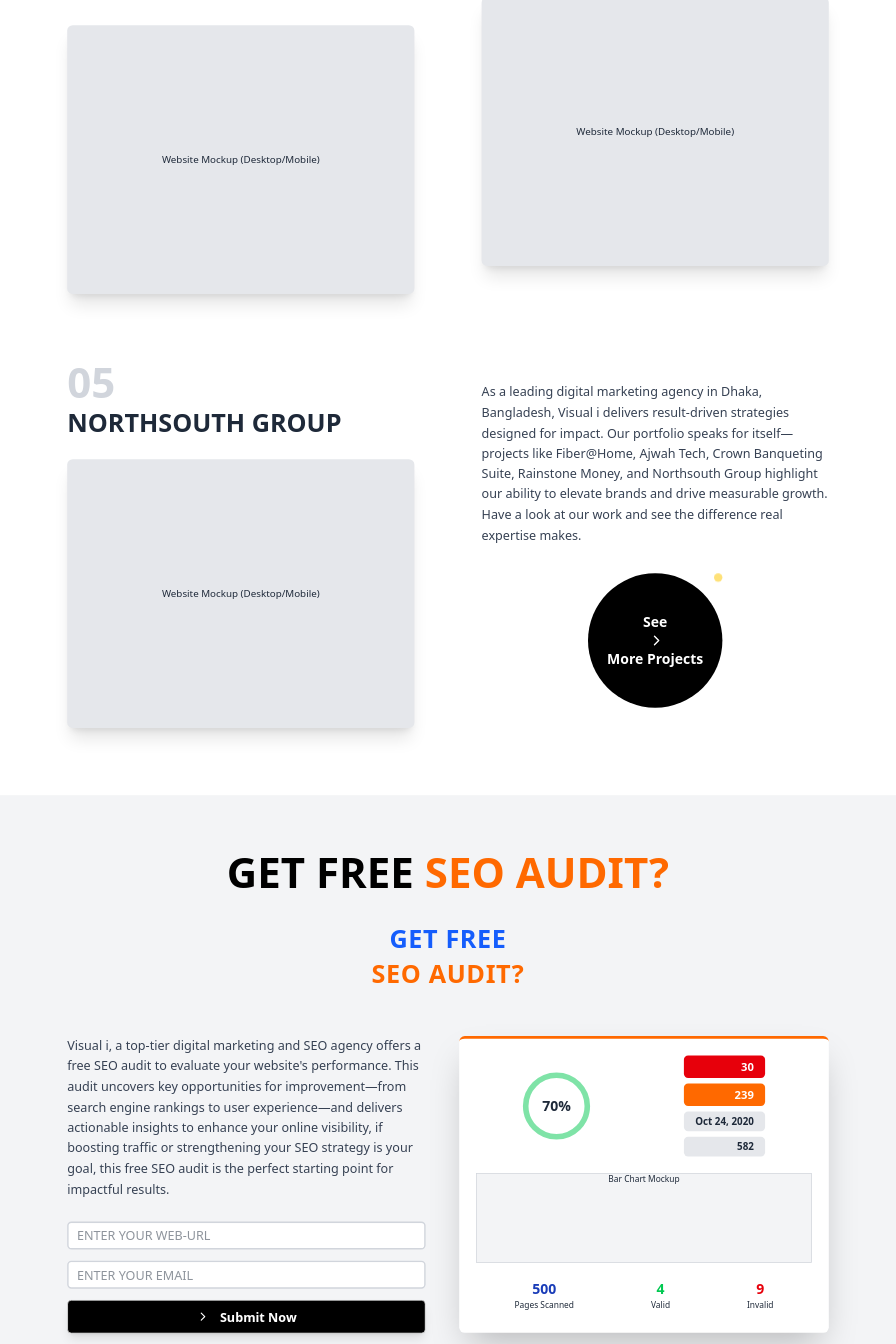
Repository: mdmuhibullahhabib/weboria
Page: /
An editor plug-in stored every save of this project. The page is shown before and after the next save, followed by the edit.
The browser window is 1280 px wide. The pictures show the part of the page from y = 4580 to 6500 px (the page is 9353 px tall before and 9404 px after), at 70% of full size.
The project was rebuilt for these pictures with package versions that can differ from the ones it lists, and the page was loaded fresh each time. Some packages were replaced by stand-ins written for this rebuild. The framework's server and built-in components were replaced by stand-ins that run in the browser. Also part of the build but not shown: next.config.mjs.

Above is the page before, as saved 2025-10-03 01:02:24.

After the next save:
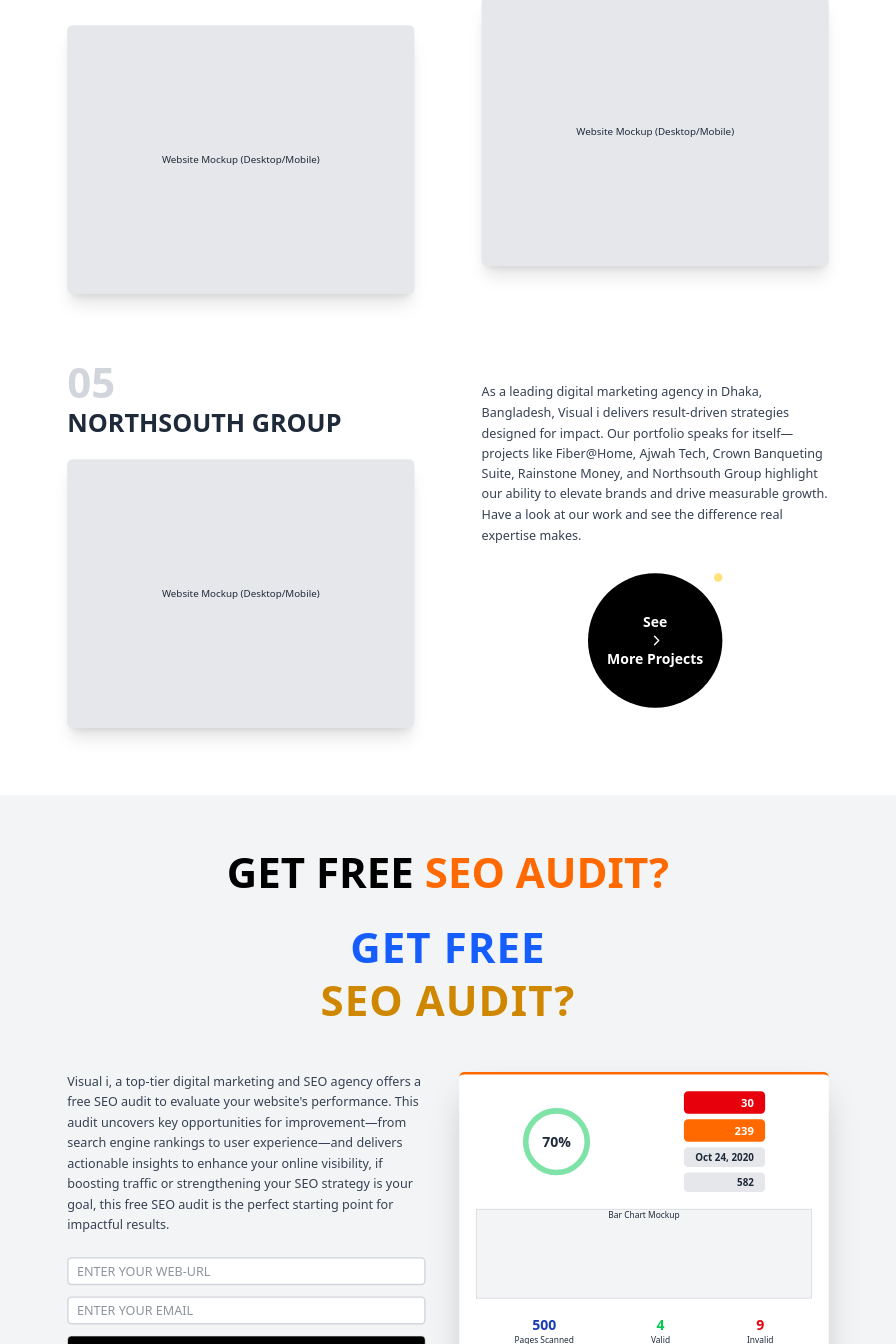
Saved 10 min 27 s later.
--- a/src/components/SectionTitle.jsx
+++ b/src/components/SectionTitle.jsx
@@ -1,12 +1,33 @@
 "use client";
 
+import React from 'react';
+
+/**
+ * Renders a large, two-line, centered section title component.
+ * It mimics the visual style from the agency website screenshots.
+ * @param {string} titleTop - The text for the top line (usually blue).
+ * @param {string} titleBottom - The text for the bottom line (usually orange/yellow).
+ */
 export default function SectionTitle({ titleTop, titleBottom }) {
   return (
     <div className="text-center my-10 px-4">
-      <h2 className="text-2xl md:text-3xl lg:text-4xl font-bold tracking-wide leading-snug">
-        <span className="text-blue-600">{titleTop}</span>
-        <br />
-        <span className="text-orange-500">{titleBottom}</span>
+      <h2 className="
+        text-4xl md:text-5xl lg:text-6xl
+        font-extrabold
+        leading-tight
+        tracking-wide
+      ">
+        {/* Top line in blue (e.g., "REACTIONS FROM") */}
+        <span className="text-blue-600 uppercase">
+          {titleTop}
+        </span>
+
+        <br className="block"/>
+
+        {/* Bottom line in orange/yellow (e.g., "DELIGHTED CLIENTS") */}
+        <span className="text-yellow-600 uppercase">
+          {titleBottom}
+        </span>
       </h2>
     </div>
   );

After the save that followed:
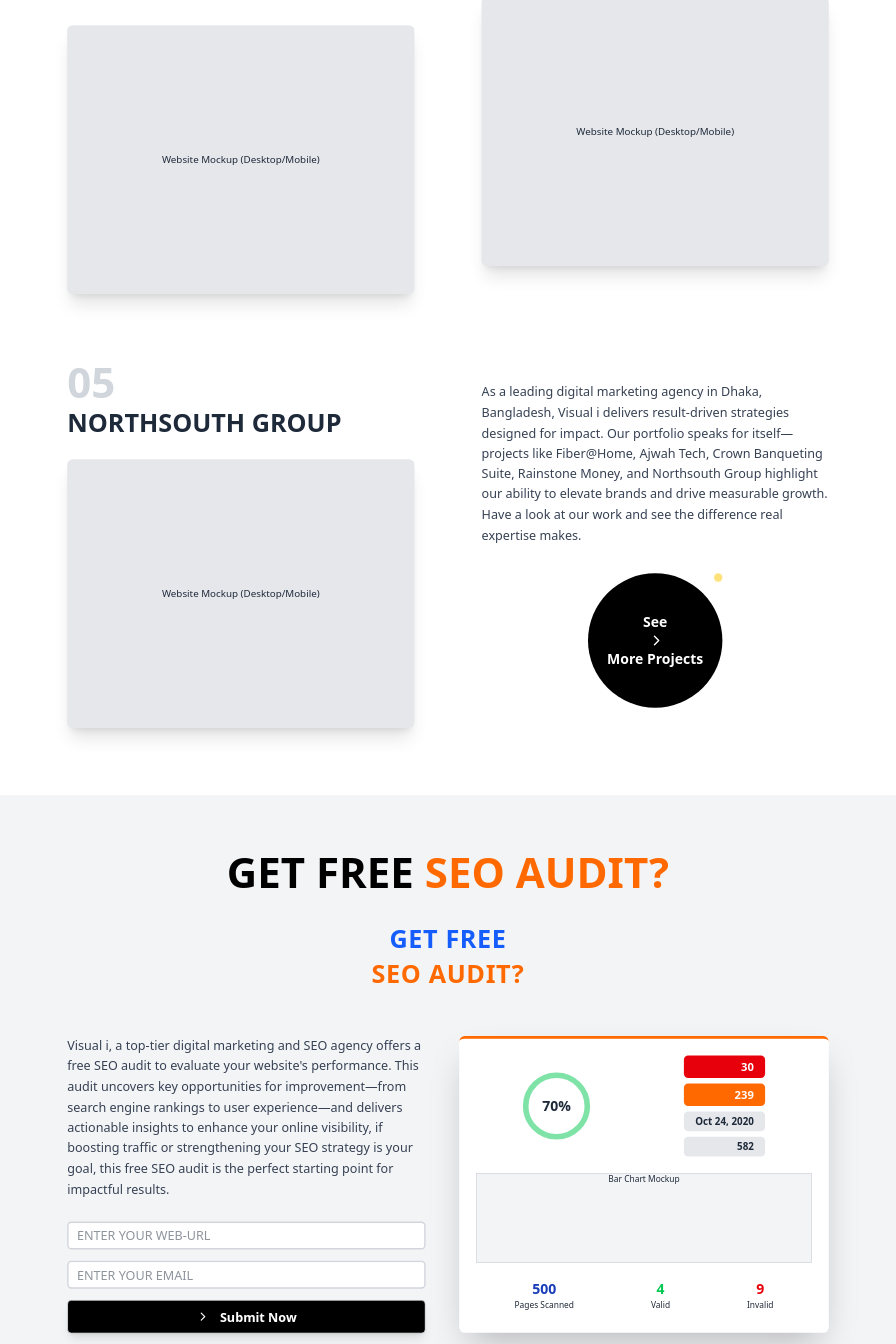
Saved 2 min 8 s later.
--- a/src/components/SectionTitle.jsx
+++ b/src/components/SectionTitle.jsx
@@ -1,33 +1,12 @@
 "use client";
 
-import React from 'react';
-
-/**
- * Renders a large, two-line, centered section title component.
- * It mimics the visual style from the agency website screenshots.
- * @param {string} titleTop - The text for the top line (usually blue).
- * @param {string} titleBottom - The text for the bottom line (usually orange/yellow).
- */
 export default function SectionTitle({ titleTop, titleBottom }) {
   return (
     <div className="text-center my-10 px-4">
-      <h2 className="
-        text-4xl md:text-5xl lg:text-6xl
-        font-extrabold
-        leading-tight
-        tracking-wide
-      ">
-        {/* Top line in blue (e.g., "REACTIONS FROM") */}
-        <span className="text-blue-600 uppercase">
-          {titleTop}
-        </span>
-
-        <br className="block"/>
-
-        {/* Bottom line in orange/yellow (e.g., "DELIGHTED CLIENTS") */}
-        <span className="text-yellow-600 uppercase">
-          {titleBottom}
-        </span>
+      <h2 className="text-2xl md:text-3xl lg:text-4xl font-bold tracking-wide leading-snug">
+        <span className="text-blue-600">{titleTop}</span>
+        <br />
+        <span className="text-orange-500">{titleBottom}</span>
       </h2>
     </div>
   );
